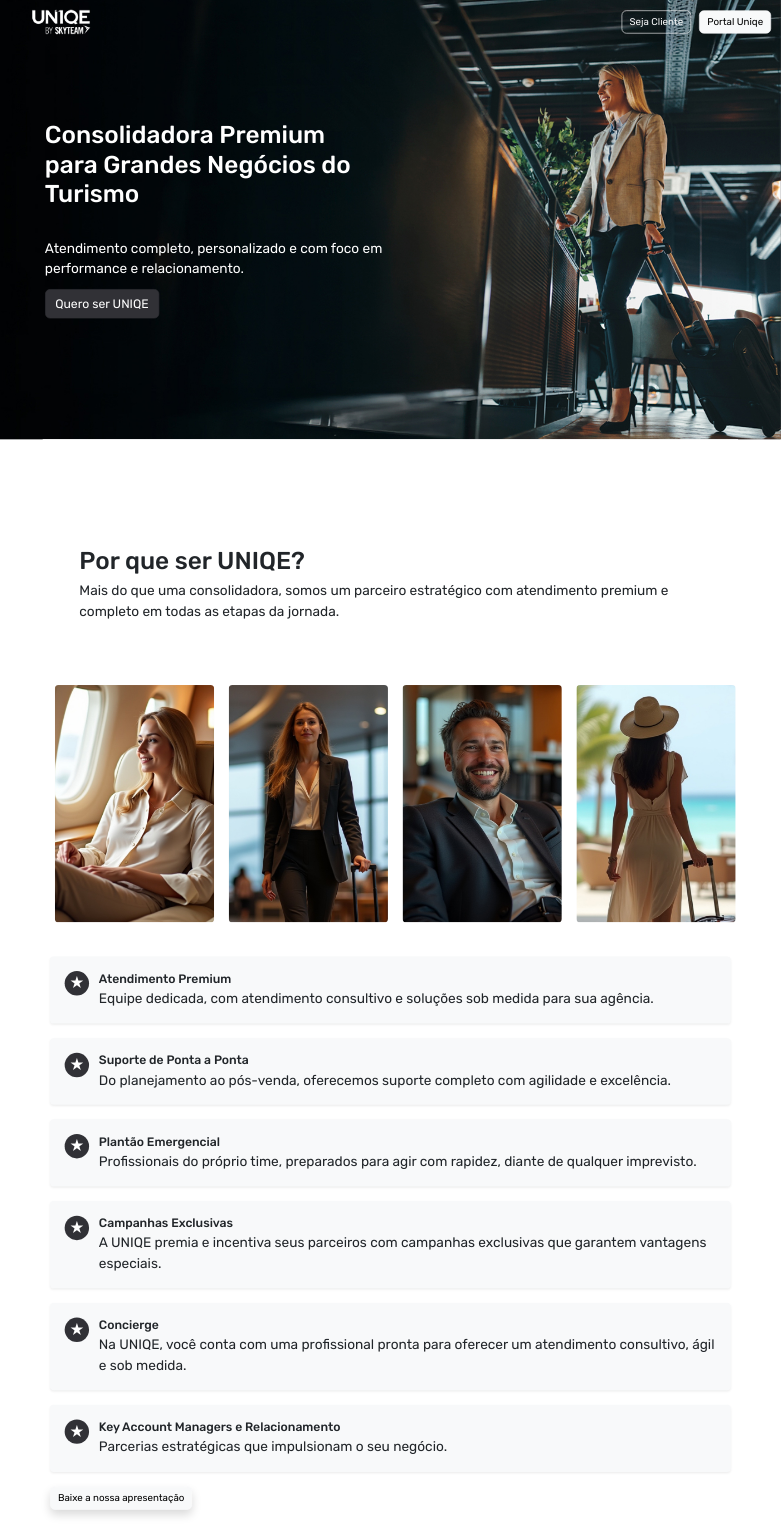
Repository: SkyTeam-Dev/Site-Uniqe
Page: http://localhost/
The author's editor kept a copy of each file at every save. The page is drawn from the files as they stood at one save, then again after the next save.
The browser window is 1280 px wide. The pictures show the whole page, at 61% of full size.
Some web libraries are served in a nearby version. The page is run by PHP 8.4 with error messages shown; the project is at /var/www/html/.

Above is the page before, as saved 2025-07-03 15:46:26.

### index.php
<!DOCTYPE html>
<html lang="pt-br">

<head>
    <title>:: Uniqe by Skyteam ::</title>
    <!-- Define uma descrição otimizada para mecanismos de busca (Maximo 160 caracteres mas o recomendado é 50 caracteres) -->
    <meta name="description"
        content="CADASTRO SIMPLES, DESCONTOS E CASHBACK A viagem do seu cliente com as melhores condições Conectamos o agente a descontos imbatíveis Ofereça seus serviços a preços mais atrativos com a Uniqe By Skyteam, uma plataforma para reservas de aéreo, hotelaria, seguro-viagem e locação nacional com descontos e cashback, projetada para qualquer agente de viagem" />
    <!-- Define palavras-chave (não tem mais impacto no Google, mas pode ajudar em outros mecanismos) -->
    <meta name="keywords" content="palavra-chave1, palavra-chave2, palavra-chave3">
    <meta charset="utf-8">
    <meta http-equiv="X-UA-Compatible" content="IE=edge">
    <link rel="canonical" href="https://uniqe.tur.br/" />
    <link rel='shortlink' href='https://uniqe.tur.br/' />

    <!-- Define a indexação pelos mecanismos de busca -->
    <meta name="robots" content="index, follow"> <!-- Para indexar e seguir links -->
    <meta name="googlebot" content="index, follow"> <!-- Específico para o Google -->
    <meta name="bingbot" content="index, follow"> <!-- Específico para o Bing -->

    <!-- GOOGLE JSON-LD para SEO -->
    <script type="application/ld+json">
    {
        "@context": "https://schema.org",
        "@type": "WebSite",
        "name": "Uniqe by Skyteam",
        "url": "https://uniqe.tur.br",
        "description": "Consolidadora PREMIUM para grandes negócios do turismo. Atendimento completo, personalizado e com foco em performance e relacionamento, venha ser Uniqe",
        "image": "https://uniqe.tur.br/Templates/Default/Imagens/OG_Uniqe_Base.jpg",
        "author": {
            "@type": "Person",
            "name": "Uniqe"
        },
        "publisher": {
            "@type": "Organization",
            "name": "Uniqe by Skyteam",
            "logo": {
                "@type": "ImageObject",
                "url": "https://uniqe.tur.br/Templates/Default/Imagens/OG_Uniqe_Base.jpg"
            }
        }
    }
    </script>
    <!-- GOOGLE JSON-LD para SEO -->

    <!-- Define o autor do conteúdo -->
    <meta name="author" content="Uniqe by Skyteam">

    <!-- Controla como o Google exibe o snippet do site -->
    <meta name="google" content="nosnippet"> <!-- Impede snippets na SERP -->
    <meta name="google" content="max-snippet:-1, max-image-preview:large, max-video-preview:-1">
    <!-- Personaliza como o conteúdo é mostrado -->

    <!-- Diz ao Google para não traduzir a página automaticamente -->
    <meta name="google" content="notranslate">

    <!-- Define a geolocalização para buscas locais -->
    <meta name="DC.title" content="Uniqe By SkyTeam" />
    <meta name="geo.region" content="BR-RS" />
    <meta name="geo.placename" content="Porto Alegre" />
    <meta name="geo.position" content="-30.030205;-51.229975" />
    <meta name="ICBM" content="-30.030205, -51.229975" />
    <!-- Criador do conteúdo -->
    <meta name="DC.creator" content="Uniqe By SkyTeam">
    <!-- Assunto ou tema do conteúdo -->
    <meta name="DC.subject"
        content="Consolidadora PREMIUM para grandes negócios do turismo. Atendimento completo, personalizado e com foco em performance e relacionamento, venha ser Uniqe">
    <!-- Descrição do conteúdo -->
    <meta name=" DC.description"
        content="Consolidadora PREMIUM para grandes negócios do turismo. Atendimento completo, personalizado e com foco em performance e relacionamento, venha ser Uniqe">

    <!-- Editora ou organização responsável -->
    <meta name="publisher" content="Uniqe By SkyTeam">
    <!-- Identificador único (ex: URL, DOI) -->
    <meta name="identifier" content="https://uniqe.tur.br">
    <!-- Idioma do conteúdo -->
    <meta name="language" content="pt-BR">

    <!-- Direitos autorais e licenciamento -->
    <meta name="rights" content="© 2025 Uniqe By SkyTeam. Todos os direitos reservados.">


    <!-- Definição do protocolo Open Graph BASE -->
    <meta property="og:type" content="website">
    <!-- URL canônica da página -->
    <meta property="og:url" content="https://uniqe.tur.br/">
    <!-- Título que aparecerá no compartilhamento -->
    <meta property="og:title" content="Uniqe by Skyteam">
    <!-- Descrição curta e chamativa -->
    <meta property="og:description"
        content="Consolidadora PREMIUM para grandes negócios do turismo. Atendimento completo, personalizado e com foco em performance e relacionamento, venha ser Uniqe">
    <!-- Imagem para exibição no compartilhamento -->
    <meta property="og:image" content="https://uniqe.tur.br/Templates/Default/Imagens/OG_Uniqe_Base.jpg">
    <!-- 1200x630 pixels é o tamanho recomendado pelo Facebook e outras redes sociais -->
    <meta property="og:image:alt"
        content="Uniqe by Skyteam - Consolidadora PREMIUM para grandes negócios do turismo. Atendimento completo, personalizado e com foco em performance e relacionamento, venha ser Uniqe">
    <!-- Especificações adicionais para a imagem -->
    <meta property="og:image:width" content="1200">
    <meta property="og:image:height" content="630">
    <!-- Nome do site (opcional, mas recomendado) -->
    <meta property="og:site_name" content="Uniqe by Skyteam">
    <!-- Idioma da página -->
    <meta property="og:locale" content="pt_BR">
    <!-- Definição do protocolo Open Graph BASE -->

    <!-- Twitter Card -->
    <meta name="twitter:card" content="summary_large_image">
    <meta name="twitter:title" content="Uniqe by Skyteam">
    <meta name="twitter:description"
        content="Consolidadora PREMIUM para grandes negócios do turismo. Atendimento completo, personalizado e com foco em performance e relacionamento, venha ser Uniqe">
    <meta name="twitter:image" content="https://uniqe.tur.br/Templates/Default/Imagens/OG_Uniqe_Base.jpg">
    <!-- Twitter Card -->



    <meta name="viewport" content="width=device-width, initial-scale=1, shrink-to-fit=no">

    <link rel='preconnect' href='//fonts.googleapis.com' />
    <link rel="preconnect" href="//fonts.gstatic.com" crossorigin>
    <link rel='preconnect' href='//jsdelivr.net' />
    <link rel='preconnect' href='//cdn.jsdelivr.net' />
    <link rel='preconnect' href='//code.jquery.com' />



    <!-- CSS -->
    <script src="https://kit.fontawesome.com/1f7edb10c1.js" crossorigin="anonymous"></script>

    <link
        href="https://fonts.googleapis.com/css2?family=DM+Sans:ital,opsz,wght@0,9..40,100..1000;1,9..40,100..1000&family=Inter:ital,opsz,wght@0,14..32,100..900;1,14..32,100..900&family=Rubik:ital,wght@0,300..900;1,300..900&display=swap"
        rel="stylesheet">

    <link rel="stylesheet" href="Templates/Default/Bootstrap/bootstrap.css">
    <link rel="stylesheet" href="Templates/Default/CSS/Site.css">

    <link rel="stylesheet" href="https://cdn.jsdelivr.net/npm/slick-carousel@1.8.1/slick/slick.css" />
    <link rel="stylesheet" href="https://cdn.jsdelivr.net/npm/slick-carousel@1.8.1/slick/slick-theme.css" />


    <!-- CSS -->

    <!-- Favicon -->


    <!-- Favicon e Theme Color-->
    <link rel="icon" type="image/png" href="Templates/Default/Imagens/Favicons/favicon-96x96.png" sizes="96x96" />
    <link rel="icon" type="image/svg+xml" href="Templates/Default/Imagens/Favicons/favicon.svg" />
    <link rel="shortcut icon" href="Templates/Default/Imagens/Favicons/favicon.ico" />
    <link rel="icon" href="Templates/Default/Imagens/Favicons/favicon.ico" type="image/x-icon">
    <link rel="apple-touch-icon" sizes="180x180" href="Templates/Default/Imagens/Favicons/apple-touch-icon.png" />
    <link rel="manifest" href="Templates/Default/Imagens/Favicons/site.webmanifest" />
    <link rel="apple-touch-icon" href="Templates/Default/Imagens/Favicons/favicon-96x96.png">
    <meta name="msapplication-TileImage" content="Templates/Default/Imagens/Favicons/favicon-96x96.png">
    <meta name="theme-color" content="#313136">
    <meta name="apple-mobile-web-app-capable" content="yes">
    <meta name="apple-mobile-web-app-status-bar-style" content="black-translucent">
    <meta name="msapplication-TileColor" content="#313136">
    <!-- Favicon -->


    <!-- Rastreamento e Comunicação -->

    <!-- Rastreamento e Comunicação -->



    <script src="https://www.google.com/recaptcha/api.js"></script>


</head>

<body onload="document.body.classList.add('show');" class="fade-in">


    <!-- Cabeçalho -->
    <header id="mainHeader" class="menu-transparent mt-0">
        <div class="container-fluid d-flex justify-content-between align-items-center p-3">
            <div>
                <img src="Templates/Default/Imagens/Logo_Uniqe_Branco.png" class="ms-4 img-fluid fw-bold">
                <!-- Troque pelo seu logo -->
            </div>
            <div>
                <a href="#" class="btn btn-outline-light me-2 rounded-3 shadow">Seja Cliente</a>
                <a href="#" class="btn btn-light rounded-3 shadow">Portal Uniqe</a>
            </div>
        </div>
    </header>

    <!-- Conteúdo -->
    <main class="bg-primary">

        <section class="container-fluid p-5 Hero d-flex justify-content-center align-items-center min-vh-100" id="Hero">
            <div class="row">
                <div class="col-md-6 col-sm-12">
                    <h1 class="text-white mb-5">Consolidadora Premium para Grandes Negócios do Turismo</h1>
                    <p class="text-white mb-3">Atendimento completo, personalizado e com foco em performance e
                        relacionamento.</p>
                    <a href="#" class="btn btn-lg btn-primary">Quero ser UNIQE</a>
                </div>
            </div>


        </section>

    </main>
    <!-- Conteúdo -->

    <!-- Cabeçalho -->

    <!-- Por que ser UNIQE -->

    <section class="container bg-white Espacamento_Superior">

        <div class="row  p-5">

            <div class="col-sm-12">

                <h1 class="mb-2">Por que ser UNIQE?</h1>
                <p class="mb-5">Mais do que uma consolidadora, somos um parceiro estratégico com atendimento premium
                    e completo em todas as etapas da jornada.</p>
            </div>
        </div>
        <div class="row text-center">

            <div class="col-md-3 col-sm-12">
                <img src="Templates/Default/Imagens/foto-uniqe-01.jpg" class="img-fluid img-hover-site text-center m-2 rounded border-1">
            </div>

            <div class="col-md-3 col-sm-12">
                <img src="Templates/Default/Imagens/foto-uniqe-02.png" class="img-fluid img-hover-site text-center m-2 rounded border=1">
            </div>

            <div class="col-md-3 col-sm-12">
                <img src="Templates/Default/Imagens/foto-uniqe-03.jpg" class="img-fluid img-hover-site text-center m-2 rounded border=1">
            </div>

            <div class="col-md-3 col-sm-12">
                <img src="Templates/Default/Imagens/foto-uniqe-04.jpg" class="img-fluid img-hover-site text-center m-2 rounded border-1">
            </div>




        </div>

        </div>

    </section>

    <!-- Por que ser UNIQE -->

    <section class="container py-5">
        <div class="row g-4">

            <div class="col-12">
                <div class="card-beneficio d-flex align-items-start bg-light rounded p-4 shadow-sm">
                    <div class="me-3">
                        <span
                            class="icone fs-4 text-white rounded-circle d-inline-flex align-items-center justify-content-center"
                            style="width: 40px; height: 40px;">
                            ★
                        </span>
                    </div>
                    <div>
                        <h5 class="mb-1">Atendimento Premium</h5>
                        <p class="mb-0">Equipe dedicada, com atendimento consultivo e soluções sob medida para sua
                            agência.</p>
                    </div>
                </div>
            </div>

            <div class="col-12">
                <div class="card-beneficio d-flex align-items-start bg-light rounded p-4 shadow-sm">
                    <div class="me-3">
                        <span
                            class="icone fs-4 text-white rounded-circle d-inline-flex align-items-center justify-content-center"
                            style="width: 40px; height: 40px;">
                            ★
                        </span>
                    </div>
                    <div>
                        <h5 class="mb-1">Suporte de Ponta a Ponta</h5>
                        <p class="mb-0">Do planejamento ao pós-venda, oferecemos suporte completo com agilidade e excelência.</p>
                    </div>
                </div>
            </div>


            <div class="col-12">
                <div class="card-beneficio d-flex align-items-start bg-light rounded p-4 shadow-sm">
                    <div class="me-3">
                        <span
                            class="icone fs-4 text-white rounded-circle d-inline-flex align-items-center justify-content-center"
                            style="width: 40px; height: 40px;">
                            ★
                        </span>
                    </div>
                    <div>
                        <h5 class="mb-1">Plantão Emergencial</h5>
                        <p class="mb-0">Profissionais do próprio time, preparados para agir com rapidez, diante de qualquer imprevisto.</p>
                    </div>
                </div>
            </div>

            <div class="col-12">
                <div class="card-beneficio d-flex align-items-start bg-light rounded p-4 shadow-sm">
                    <div class="me-3">
                        <span
                            class="icone fs-4 text-white rounded-circle d-inline-flex align-items-center justify-content-center"
                            style="width: 40px; height: 40px;">
                            ★
                        </span>
                    </div>
                    <div>
                        <h5 class="mb-1">Campanhas Exclusivas</h5>
                        <p class="mb-0">A UNIQE premia e incentiva seus parceiros com campanhas exclusivas que garantem vantagens especiais.</p>
                    </div>
                </div>
            </div>

            <div class="col-12">
                <div class="card-beneficio d-flex align-items-start bg-light rounded p-4 shadow-sm">
                    <div class="me-3">
                        <span
                            class="icone fs-4 text-white rounded-circle d-inline-flex align-items-center justify-content-center"
                            style="width: 40px; height: 40px;">
                            ★
                        </span>
                    </div>
                    <div>
                        <h5 class="mb-1">Concierge</h5>
                        <p class="mb-0">Na UNIQE, você conta com uma profissional pronta para oferecer um atendimento consultivo, ágil e sob medida.</p>
                    </div>
                </div>
            </div>

            <div class="col-12">
                <div class="card-beneficio d-flex align-items-start bg-light rounded p-4 shadow-sm">
                    <div class="me-3">
                        <span
                            class="icone fs-4 text-white rounded-circle d-inline-flex align-items-center justify-content-center"
                            style="width: 40px; height: 40px;">
                            ★
                        </span>
                    </div>
                    <div>
                        <h5 class="mb-1">Key Account Managers e Relacionamento</h5>
                        <p class="mb-0">Parcerias estratégicas que impulsionam o seu negócio.</p>
                    </div>
                </div>
            </div>

            <div class="col-12">
                <a href="https://uniqe.blob.core.windows.net/uniqe/apresentacao/apresenta%C3%A7%C3%A3o-uniqe.pdf" class="btn btn-light rounded-3 shadow">
                  Baixe a nossa apresentação
                </a>
            </div>



        </div>
    </section>







    <script src="https://cdn.jsdelivr.net/npm/bootstrap@5.3.3/dist/js/bootstrap.bundle.min.js"></script>
    <script>
    const header = document.getElementById('mainHeader');
    let lastScroll = 0;

    window.addEventListener('scroll', () => {
        const currentScroll = window.scrollY;

        if (currentScroll <= 0) {
            header.classList.add('menu-transparent');
            header.classList.remove('menu-colored');
            return;
        }

        if (currentScroll > lastScroll) {
            // Rolando para baixo
            header.classList.add('menu-colored');
            header.classList.remove('menu-transparent');
        } else {
            // Rolando para cima
            if (currentScroll <= 100) {
                header.classList.add('menu-transparent');
                header.classList.remove('menu-colored');
            }
        }

        lastScroll = currentScroll;
    });
    </script>

</body>

</html>

### Templates/Default/CSS/Site.css
.fade-in {
    opacity: 0;
    transition: opacity 1s ease-in-out;
}

.fade-in.show {
    opacity: 1;
}

header {
  position: fixed;
  width: 100%;
  z-index: 999;
  transition: background-color 0.3s ease, box-shadow 0.3s ease;
}

.menu-transparent {
  background-color: transparent !important;
  box-shadow: none !important;
}

.menu-colored {
  background-color: var(--bs-primary) !important;
  box-shadow: 0 2px 5px rgba(0, 0, 0, 0.1);
}

.Hero {
  height: 100vh;
  background-image: url('../Imagens/foto-home-uniqe.jpg');
  background-repeat: no-repeat;
  background-size: cover;
  background-position: center;
}

.Espacamento_Superior{
    padding-top: 8rem !important;
}

.Espacamento_Inferior{
    padding-bottom: 8rem !important;
}


.icone{
    background-color: var(--bs-primary);
}

.card-beneficio .icone,
.card-beneficio h5 {
  transition: all 0.3s ease-in-out;
}

.card-beneficio:hover .icone {
  transform: scale(1.3);
  background-color: #73737d;
}

.card-beneficio:hover h5 {
  color: #73737d; /* cor primária do Bootstrap (pode mudar para outra que quiser) */
}

.img-hover-site:hover{
    box-shadow: 0px 0px 20px 1px rgba(0,0,0,0.5);
    transition: all 0.3s ease-in-out;
    transform: scale(1.1);
    -webkit-transform: scale(1.1);
    -moz-transform: scale(1.1);
    -ms-transform: scale(1.1);
    -o-transform: scale(1.1);
    -webkit-transition: all 0.3s ease-in-out;
    -moz-transition: all 0.3s ease-in-out;
    -ms-transition: all 0.3s ease-in-out;
    -o-transition: all 0.3s ease-in-out;
}

Loaded but not shown: Templates/Default/Bootstrap/bootstrap.css (library)

After the next save:
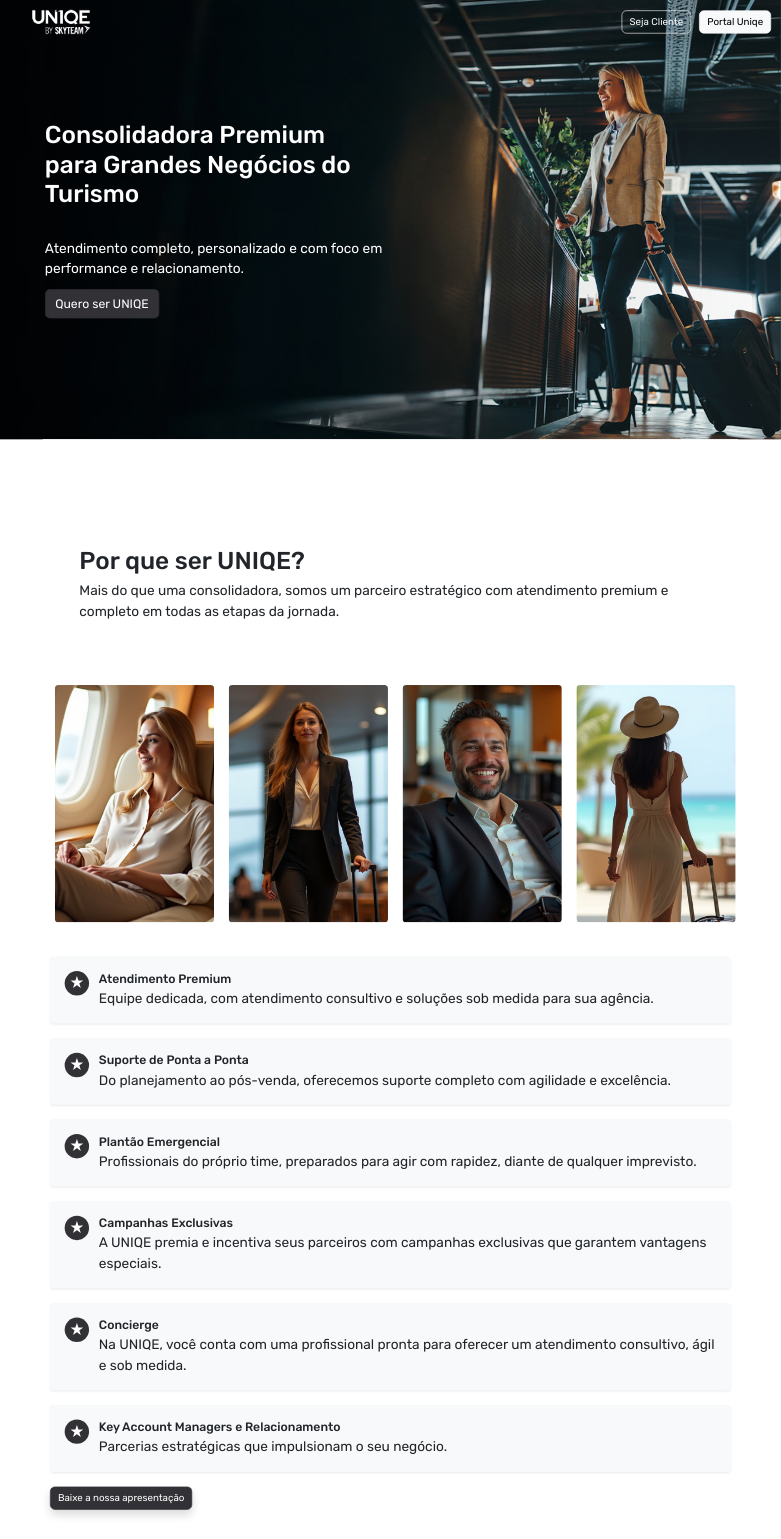
Saved 24 s later.
--- a/index.php
+++ b/index.php
@@ -351,7 +351,7 @@
             </div>
 
             <div class="col-12">
-                <a href="https://uniqe.blob.core.windows.net/uniqe/apresentacao/apresenta%C3%A7%C3%A3o-uniqe.pdf" class="btn btn-light rounded-3 shadow">
+                <a href="https://uniqe.blob.core.windows.net/uniqe/apresentacao/apresenta%C3%A7%C3%A3o-uniqe.pdf" class="btn btn-primary btn-block rounded-3 shadow">
                   Baixe a nossa apresentação
                 </a>
             </div>
